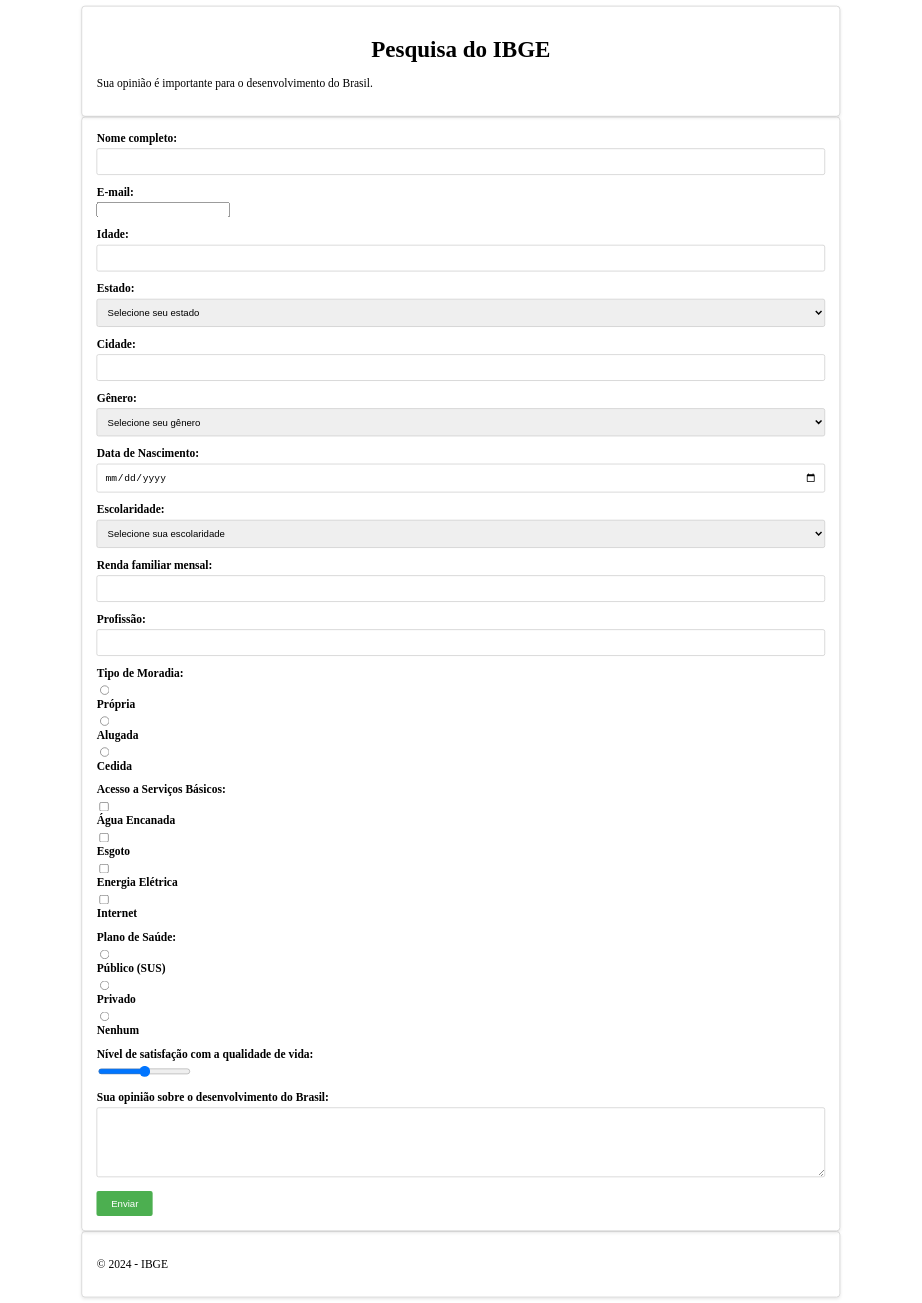
Repository: Gabrielb0rn/Projeto-Formul-rio.io
Page: index.html
These files come from the project's save history. The page is drawn as it stood at one moment and after a run of saves; the edit follows.
The browser window is 1280 px wide. The pictures show the whole page, at 72% of full size.

Above is the page before, as saved 2024-06-27 11:58:16.
Not found: assets/script.js

After the next 3 saves:
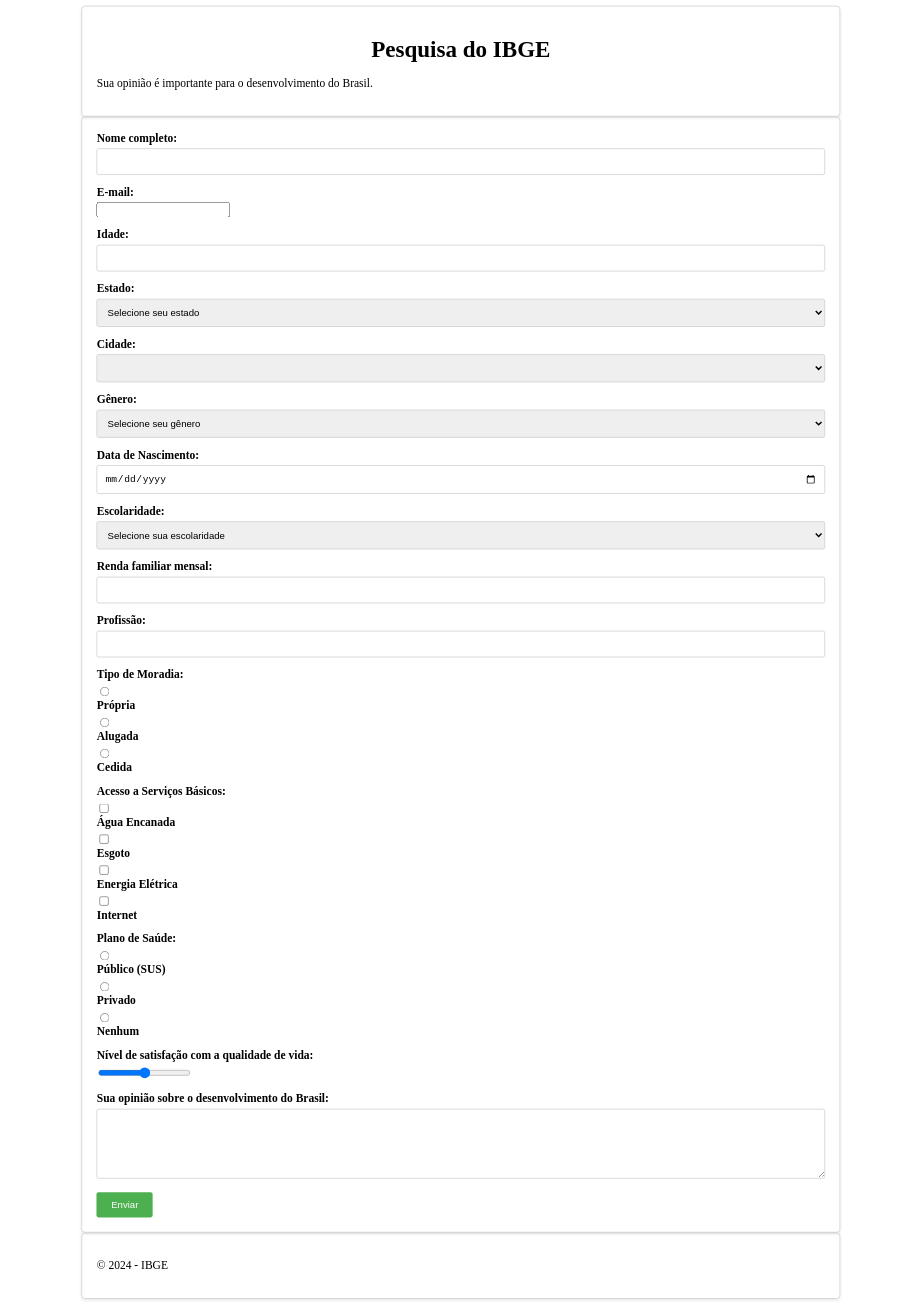
The 3 saves are shown as one change because they came seconds apart.
The last was saved 15 s later.
--- a/index.html
+++ b/index.html
@@ -64,7 +64,7 @@
                 </div>
                 <div class="form-group">
                     <label for="cidade">Cidade:</label>
-                    <input type="text" id="cidade" name="cidade" required>
+                    <select name="cidade" id=""></select>
                 </div>
                 <div class="form-group">
                     <label for="genero">Gênero:</label>
